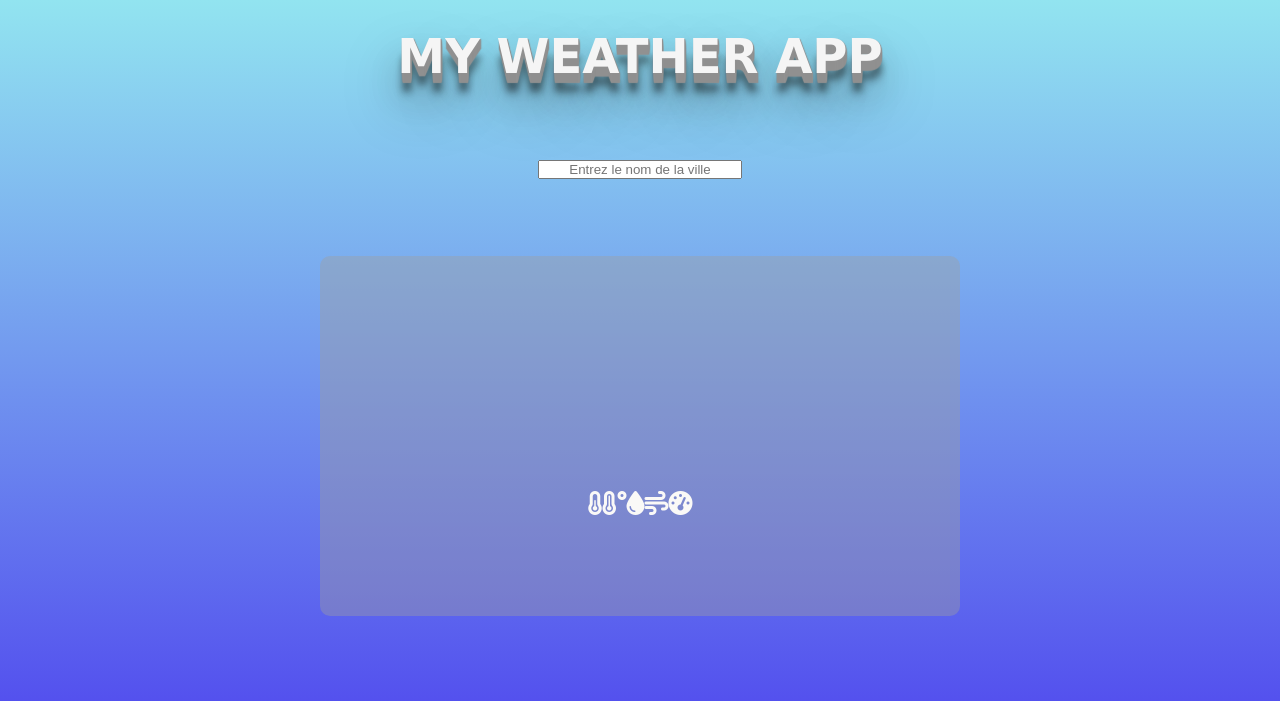
Repository: JeffnyAugustin/MyWeatherApp
Page: index.html
The author's editor kept a copy of each file at every save. The page is drawn from the files as they stood at one save, then again after the next save.
The browser window is 1280 px wide. The pictures show the whole page.

Above is the page before, as saved 2023-11-15 17:12:15.

After the next save:
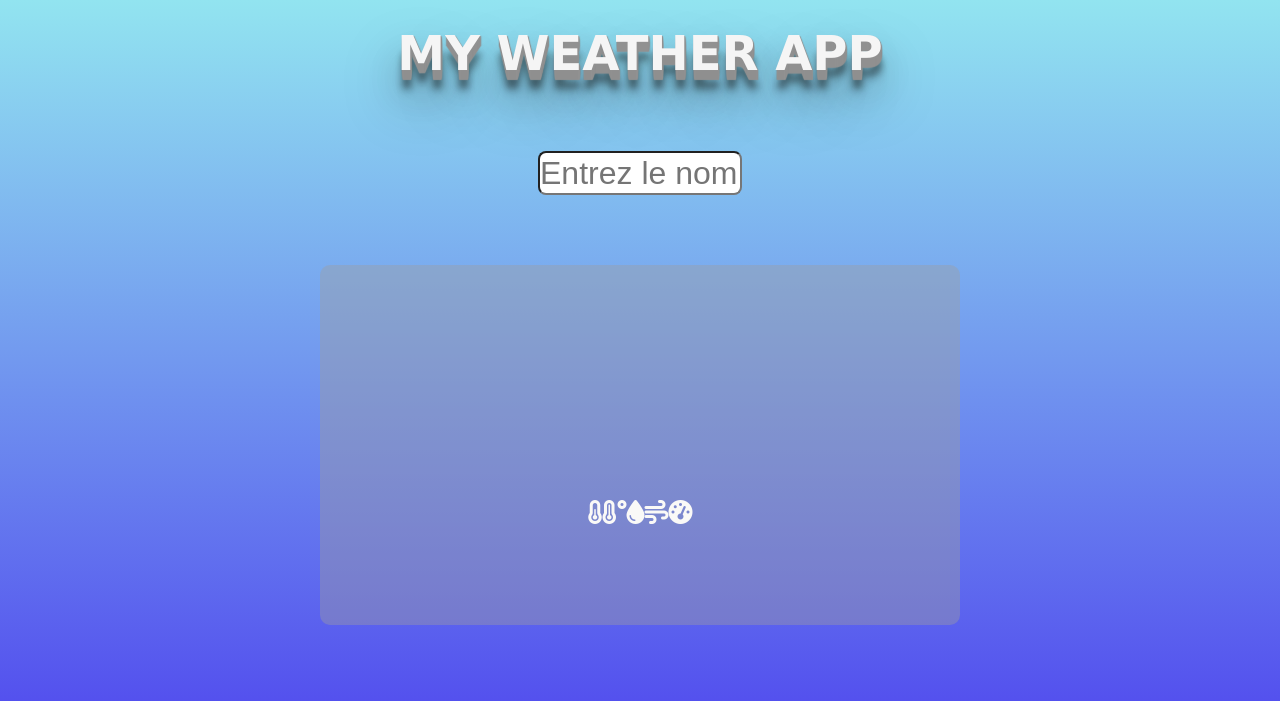
Saved 2 min 38 s later.
--- a/css/style.css
+++ b/css/style.css
@@ -21,6 +21,14 @@ body {
 
 }
 
+#searchBox {
+    text-align: center;
+    width: 50%;
+    height: 40px;
+    border-radius: 8px;
+    margin-top: 10px;
+    font-size: 2rem;
+}
 
 #searchBox {
     width: 200px; /* Ajustez la largeur selon vos besoins */
@@ -37,7 +45,7 @@ body {
     top: 50%;
     transform: translateY(-50%);
     left: 8px;
-    color: rgb(0, 0, 0);
+    color: white;
 }
 
 
